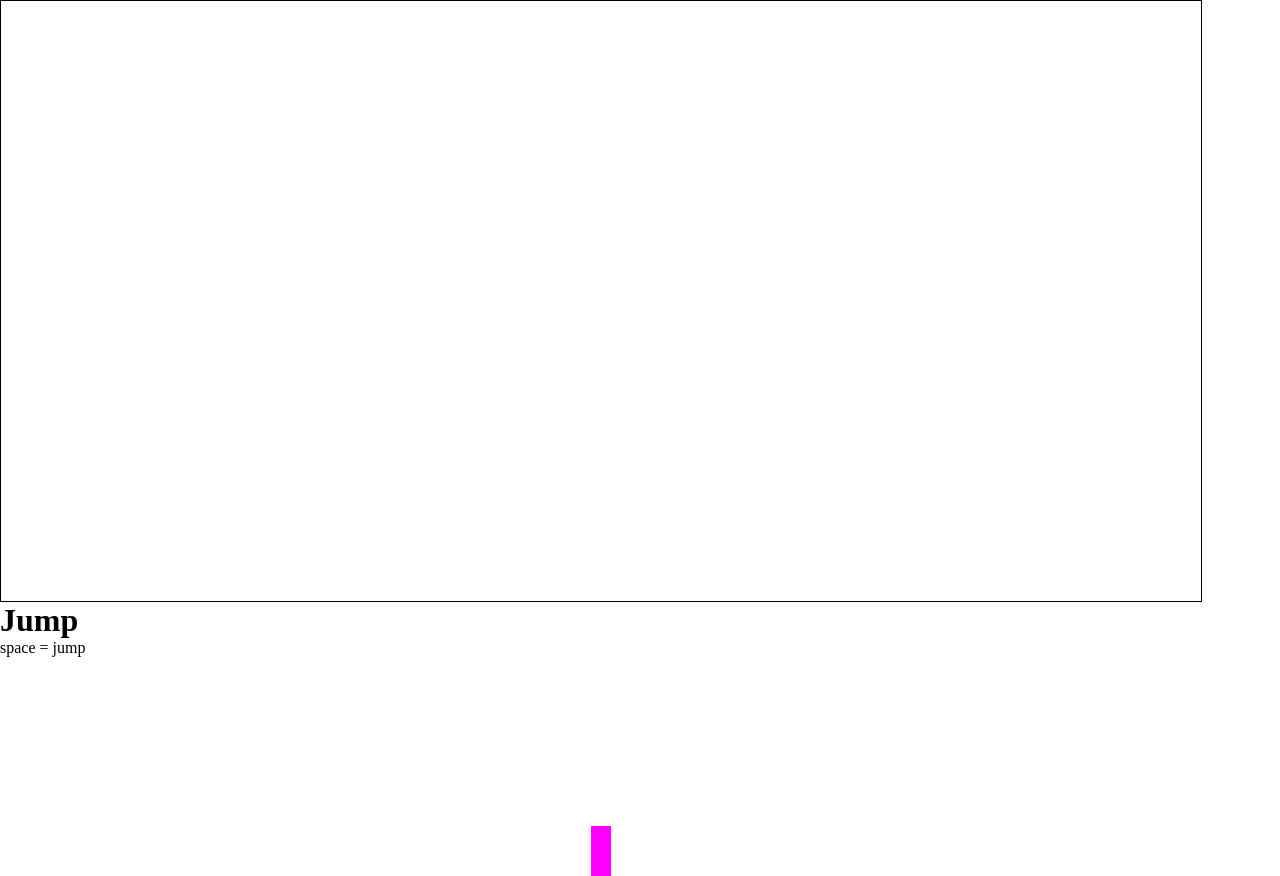
Repository: thecptwaffles/bad-game
Page: index.html
These files come from the project's save history. The page is drawn as it stood at one moment and after the next save; the edit follows.
The browser window is 1280 px wide. The pictures show the whole page.

Above is the page before, as saved 2022-02-05 08:23:06.

After the next save:
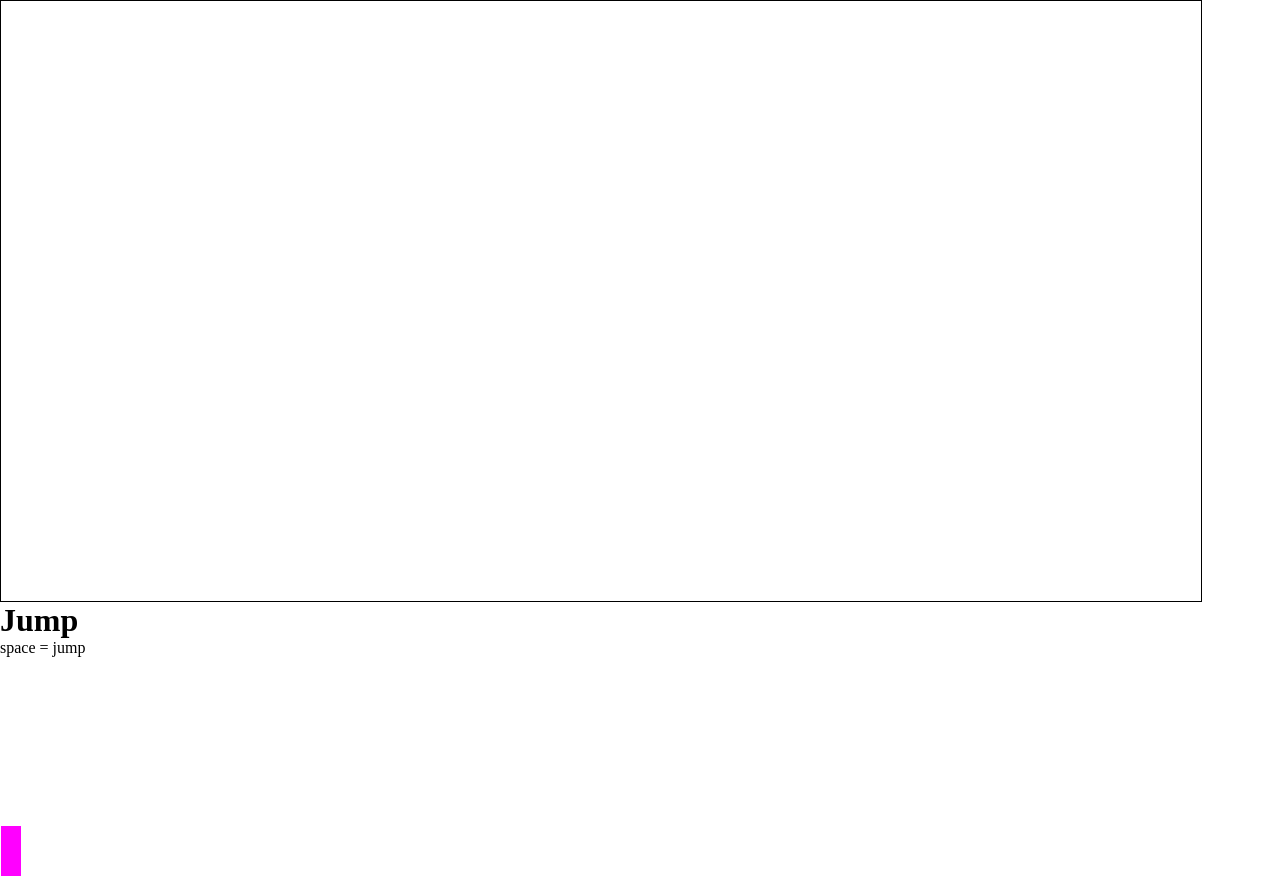
Saved 9 s later.
--- a/style.css
+++ b/style.css
@@ -9,7 +9,7 @@
     border: 1px solid black;
     display: flex;
     align-items: center;
-    justify-content: center;
+    justify-content: ;
 }
 
 #Steve {
